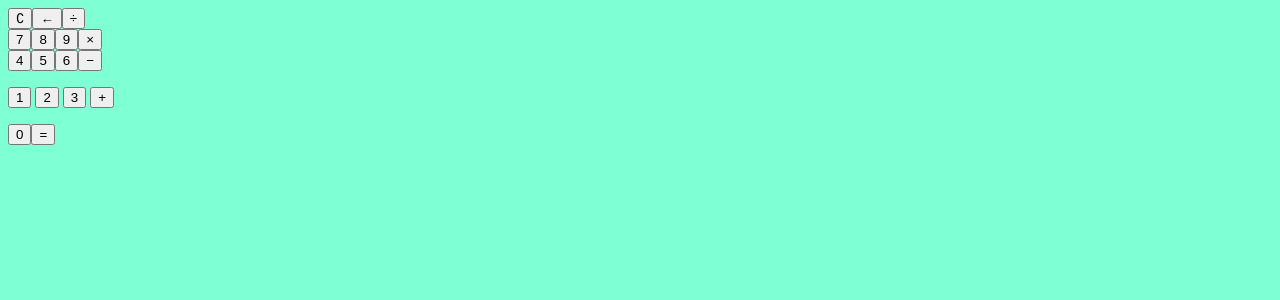
Repository: jontslater/LAB-calculator2
Page: index.html
The author's editor kept a copy of each file at every save. The page is drawn from the files as they stood at one save, then again after the next save.
The browser window is 1280 px wide. The pictures show the whole page.

Above is the page before, as saved 2023-10-12 15:17:39.

### index.html
<!DOCTYPE html>
<html lang="en">
<head>
  <meta charset="UTF-8">
  <meta name="viewport" content="width=device-width, initial-scale=1.0">
  <title>calculator</title>
  <link rel="stylesheet" href="main.css">
  <script src="main.js"></script>
</head>

<body>
  <div class="container">

  <table>
    <button>&#8705;</button>
    <button>&#8592;</button>
    <button>&#247;</button>
  </table>

  <table>
    <button>7</button>
    <button>8</button>
    <button>9</button>
    <button>&#215;</button>
  </table>

  <table>
    <button>4</button>
    <button>5</button>
    <button>6</button>
    <button class="bottonss">&#8722;</button>
  </table>

  <p>
    <button class="bottonss" >1</button>
    <button class="bottonss" >2</button>
    <button class="bottonss" >3</button>
    <button class="bottonss" >&#43;</button>
  </p>


  <table>
    <button>0</button>
    <button>&#61;</button>
  </table>

  </div>

</body>
</html>

### main.css
body{
  background-color: aquamarine;
}
.container{
  width: 400xp;
}

.buttonOne{
  color: rgb(247, 0, 0);
  background-color: black;
  height: 90px;
  width: 90px;
}

Loaded but not shown: main.js (no stored copy; drawn as an empty file)

After the next save:
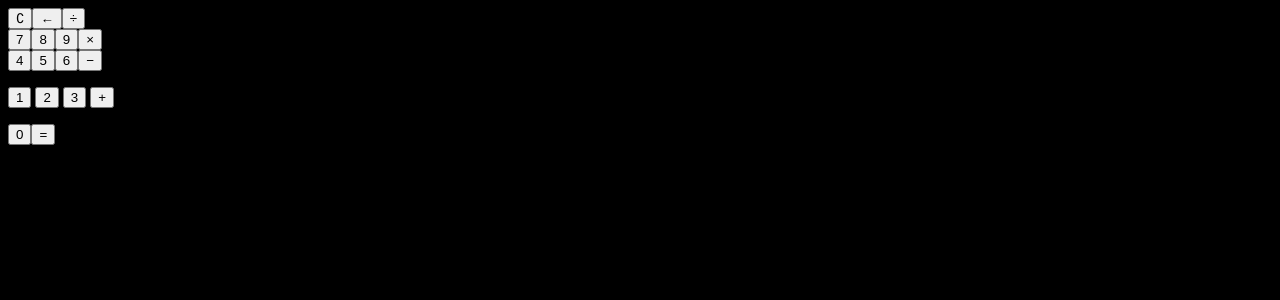
Saved 5 min 1 s later.
--- a/main.css
+++ b/main.css
@@ -1,13 +1,12 @@
 body{
-  background-color: aquamarine;
+  background-color: #000000;
 }
 .container{
   width: 400xp;
 }
 
-.buttonOne{
-  color: rgb(247, 0, 0);
-  background-color: black;
+.buttonss{
+  background-color: #d8d9db;
   height: 90px;
   width: 90px;
 }
